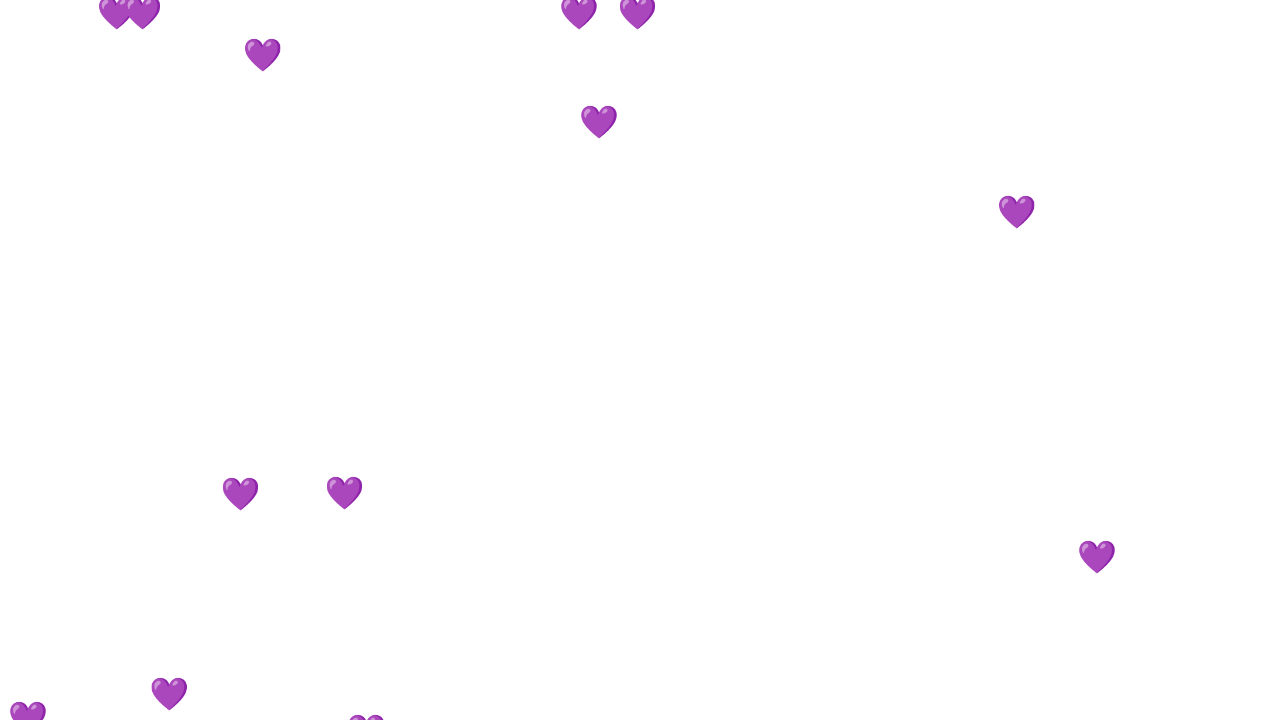
Repository: kate30980/js-practice
Page: purple-heart-rain/index.html
The author's editor kept a copy of each file at every save. The page is drawn from the files as they stood at one save, then again after the next save.
The browser window is 1280 px wide. The pictures show the whole page.

Above is the page before, as saved 2021-08-28 23:55:08.

### purple-heart-rain/index.html
<!DOCTYPE html>
<html lang="en">

<head>
    <meta charset="UTF-8">
    <meta http-equiv="X-UA-Compatible" content="IE=edge">
    <meta name="viewport" content="width=device-width, initial-scale=1.0">
    <title>Purple Heart Rain</title>
    <link rel="stylesheet" href="style.css">
    <script src="script.js" defer></script>
</head>

<body>

</body>

</html>

### purple-heart-rain/style.css
@import url('https://fonts.googleapis.com/css2?family=Montserrat:wght@300;400;600;700&display=swap');
*{
    box-sizing: border-box;
}
body{
    display: flex;
    align-items: center;
    justify-content: center;
    font-family: 'Montserrat', sans-serif;
    margin: 0;
    min-height:100vh;
}
.heart{
    position: fixed;
    top: -1vh;transform: translateY(0);
    font-size: 2rem;
    animation: fall 3s ease;
}
@keyframes fall {
    to{
        transform: translateY(110vh);
    }
}

### purple-heart-rain/script.js
function createHeart() {
  const heart = document.createElement("div");
  heart.classList.add("heart");

  heart.style.left = Math.random() * 100 + "vw";
  heart.style.animationDuration = Math.random() * 2 + 3 + "s";

  heart.innerText = `💜`;

  document.body.appendChild(heart);
}
setInterval(createHeart, 300);

After the next save:
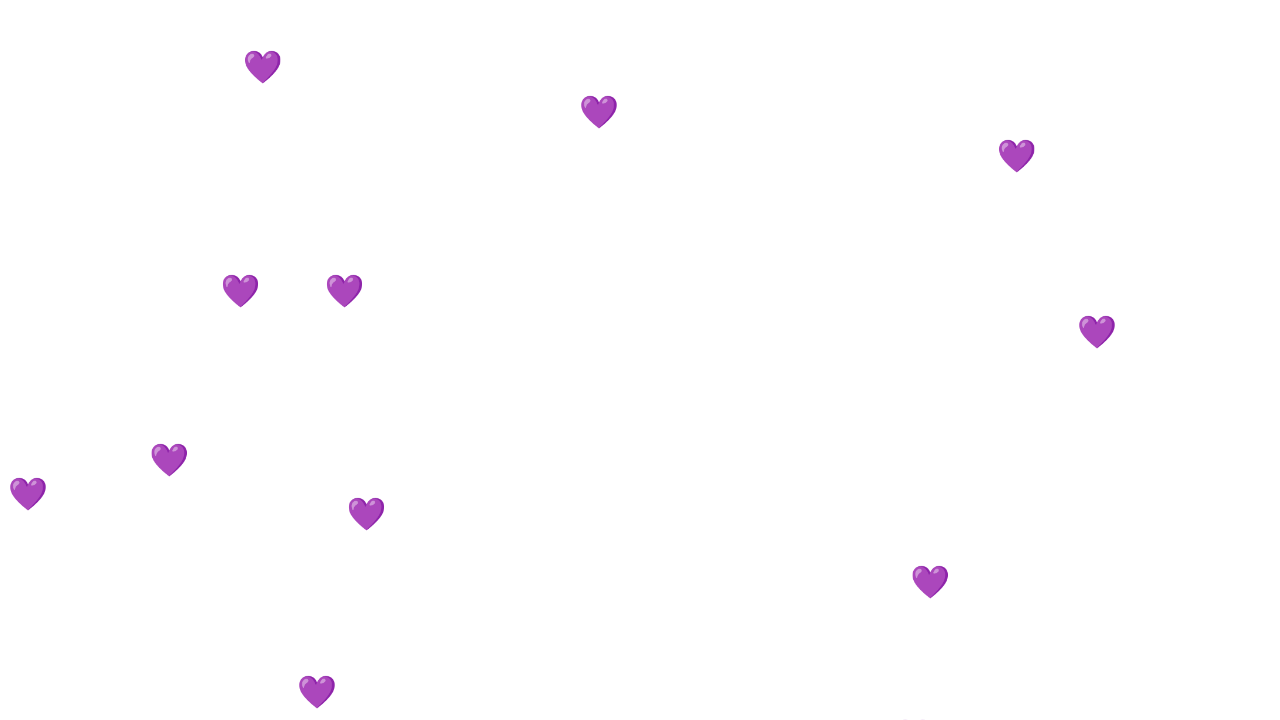
Saved 33 s later.
--- a/purple-heart-rain/style.css
+++ b/purple-heart-rain/style.css
@@ -14,7 +14,7 @@
     position: fixed;
     top: -1vh;transform: translateY(0);
     font-size: 2rem;
-    animation: fall 3s ease;
+    animation: fall 3s linear forwards;
 }
 @keyframes fall {
     to{
